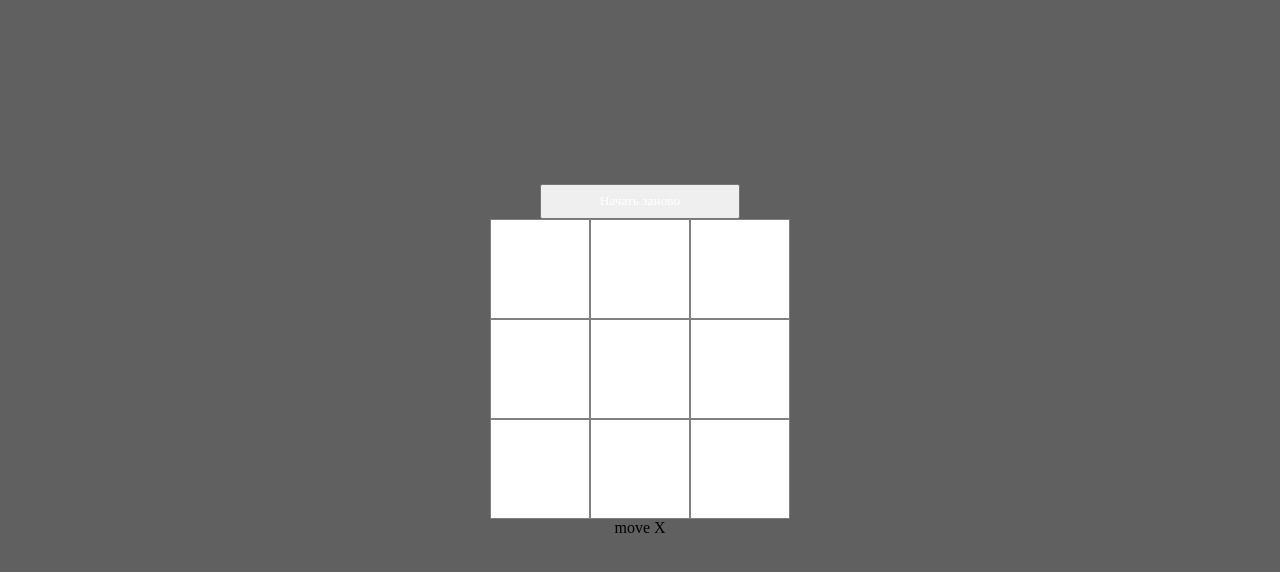
Repository: Minkeani/TIC-TAC_TOE
Page: /
The author's editor kept a copy of each file at every save. The page is drawn from the files as they stood at one save, then again after the next save.
The browser window is 1280 px wide. The pictures show the whole page.
Some web fonts or font styles are not loaded; a fallback is used. The project was rebuilt for these pictures with package versions that can differ from the ones it lists, and the page was loaded fresh each time.

Above is the page before, as saved 2022-05-22 16:35:01.

### public/index.html
<!DOCTYPE html>
<html lang="en">
  <head>
    <meta charset="utf-8" />
    <link rel="icon" href="%PUBLIC_URL%/favicon.ico" />
    <meta name="viewport" content="width=device-width, initial-scale=1" />
    <title>React App</title>
    <link rel="preconnect" href="https://fonts.googleapis.com">
<link rel="preconnect" href="https://fonts.gstatic.com" crossorigin>
<link href="https://fonts.googleapis.com/css2?family=Koulen&display=swap" rel="stylesheet">
  </head>
  <body>
    <div id="root"></div>
  </body>
</html>

### src/index.css
* {
  font-family: 'Koulen', cursive;
  margin: 0;
  padding: 0;
  box-sizing: border-box
}

### src/App.js
import './App.css';
import Game from './components/Game';

function App() {
  return (
    <div className="App">
     <Game/>
    </div>
  );
}

export default App;

### src/components/Game.jsx
import React, { useState } from 'react'
import './Game.css'
import { calWin } from '../helper'
import Board from './Board'
import { within } from '@testing-library/react'

export default function Game() {

    const [board, setBoard] = useState(Array(9).fill(null))


    const [xIs, setXIs] = useState(true)

    const winner = calWin(board)

    const HandleClick = (index) => {
        const BoardCopy = [...board]

        if(winner || BoardCopy[index]) return

        BoardCopy[index] = xIs ? 'X' : 'O'

        setBoard(BoardCopy)
        setXIs(!xIs)
    }

    const startNewGame = () => {
        return (
            <button className='startNewGame'
            onClick={() => setBoard(Array(9).fill(null))}
            >
                Начать заново
            </button>
        )
    }

  return (
    <div className='wrapper'>
        {startNewGame()}
      <Board
      squares={board}
      click={HandleClick}
      />
      <p>{winner ? 'Winner ' + winner : 'move' + (xIs ? ' X' : ' O')}</p>
    </div>
  )
}

### src/components/Game.css
.wrapper {
    min-height: 100vh;
    width: 100%;
    background: #606060;
    display: flex;
    align-items: center;
    justify-content: center;
    flex-direction: column
}

.startNewGame {
    width: 200px;
    height: 35px;
    margin-botton: 25px;
    cursor: pointer;
    color: white;
    outline: none;
}

### src/helper.js
export function calWin(sq) {
    const lin = [
        [0, 1, 3],
        [3, 4, 5],
        [6, 7, 8],
        [0, 3, 6],
        [1, 4, 7],
        [2, 5, 8],
        [0, 4, 8],
        [2, 4, 6],
    ]

    for(let i = 0; i < lin.length; i++) {
        const [a, b, c] = lin[i]
        if(sq[a] && sq[a] === sq[b] && sq[a] === sq[c]) {
            return sq[a]
        }
    }
    return null
}

### src/components/Board.jsx
import React from 'react'
import './Board.css'
import Square from './Square'

export default function Board({squares, click}) {


  return (
    <div className='board'>
      {
          squares.map((square, index) => (
              <Square
                key={index}
                value={square}
                onClick={() => click(index)}
              />
          ))
      }
    </div>
  )
}

### src/components/Board.css
.board {
    width: 300px;
    height: 300px;
    background-color: red;
    display: flex;
    flex-wrap: wrap
}

### src/components/Square.jsx
import React from 'react'
import './Square.css'

export default function Square(props) {
  return (
    <button className='square'
    onClick={props.onClick}
    >
      {props.value}
    </button>
  )
}

### src/components/Square.css
.square {
    width: 100px;
    height: 100px;
    background: white;
    border: 1px solid gray;
    cursor: pointer;
    outline: none;
    align-items: center;
    font-size: 25px;
    justify-content: center;
    display: flex
}

Loaded but not shown: src/index.js (common file); src/App.css (common file)

After the next save:
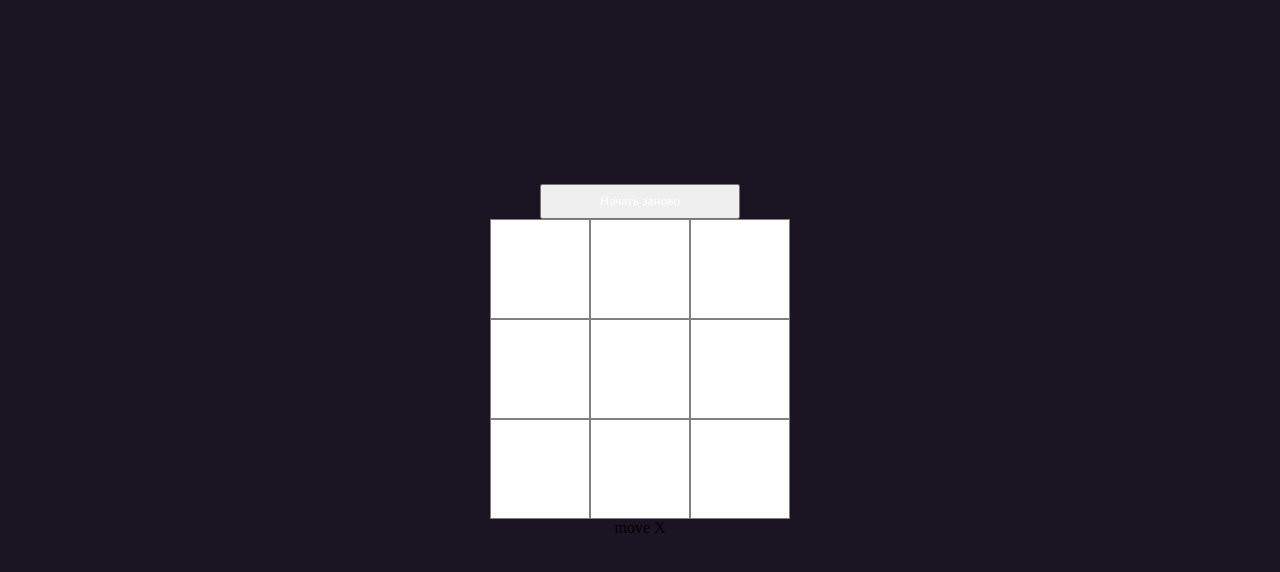
Saved 11 min 19 s later.
--- a/src/components/Game.css
+++ b/src/components/Game.css
@@ -1,7 +1,7 @@
 .wrapper {
     min-height: 100vh;
     width: 100%;
-    background: #606060;
+    background: #1b1523;
     display: flex;
     align-items: center;
     justify-content: center;
